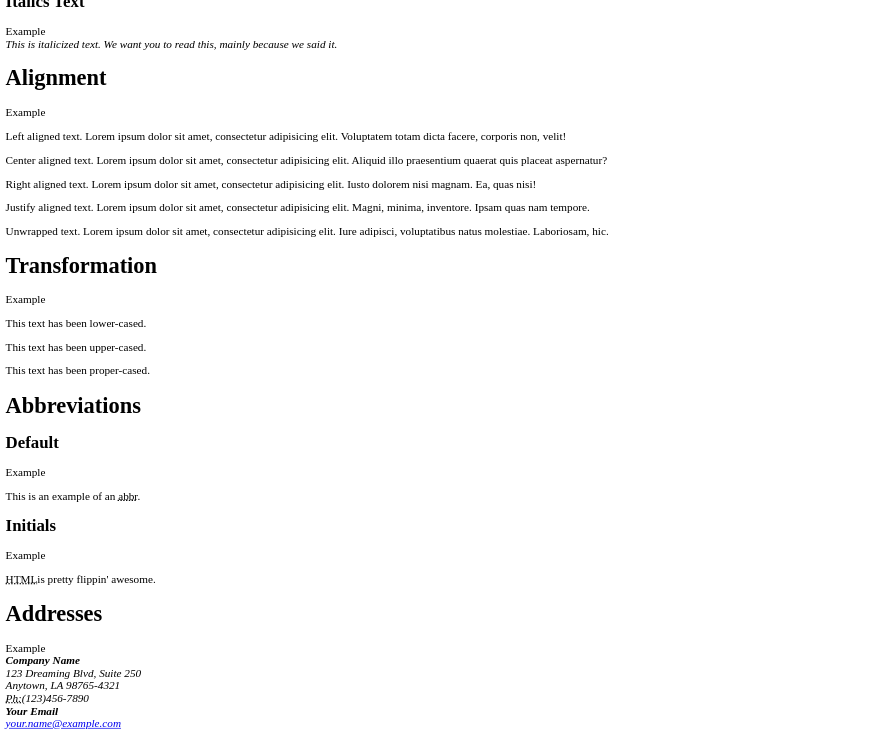
Repository: sympolinc/silk
Page: http://localhost/views/typography.php
The author's editor kept a record of every edit. The page is drawn from the files as they stood at one moment, then again after the next edit.
The browser window is 1280 px wide. The pictures show the part of the page from y = 1247 to 3167 px (the page is 2298 px tall before and 3167 px after), at 70% of full size.
The page is run by PHP 8.4 with error messages shown; the project is at /var/www/html/.

Above is the page before.

After the next edit:
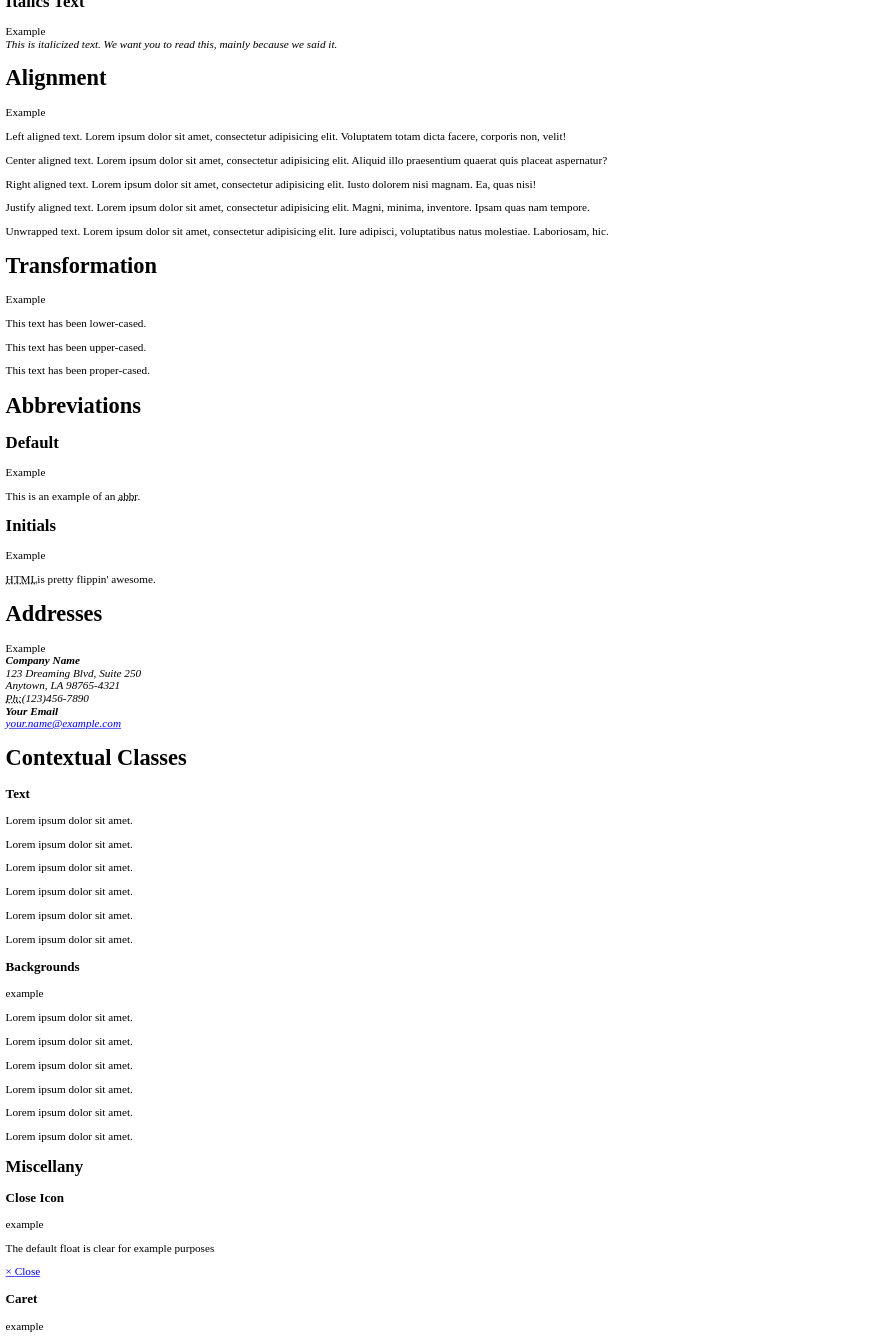
The edit:
--- a/views/typography.php
+++ b/views/typography.php
@@ -162,3 +162,58 @@
         </div>
     </div>
 </div>
+<div class="section">
+    <h1>Contextual Classes</h1>
+    <div class="section">
+      <h3>Text</h3>
+      <div class="silk-example">
+        <div data-example>
+          <p class="text-primary"> Lorem ipsum dolor sit amet.</p>
+          <p class="text-info">Lorem ipsum dolor sit amet.</p>
+          <p class="text-success">Lorem ipsum dolor sit amet.</p>
+          <p class="text-warning">Lorem ipsum dolor sit amet.</p>
+          <p class="text-error">Lorem ipsum dolor sit amet.</p>
+          <p class="text-muted">Lorem ipsum dolor sit amet.</p>
+        </div>
+      </div>
+    </div>
+    <div class="section">
+      <h3>Backgrounds</h3>
+      <div class="silk-example"><span class="lang">example</span>
+        <div data-example>
+          <p class="primary"> Lorem ipsum dolor sit amet.</p>
+          <p class="info">Lorem ipsum dolor sit amet.</p>
+          <p class="success">Lorem ipsum dolor sit amet.</p>
+          <p class="warning">Lorem ipsum dolor sit amet.</p>
+          <p class="error">Lorem ipsum dolor sit amet.</p>
+          <p class="muted">Lorem ipsum dolor sit amet.</p>
+        </div>
+      </div>
+    </div>
+  </div>
+  <div class="section">
+    <h2>Miscellany</h2>
+    <div class="section">
+      <h3>Close Icon</h3>
+      <div class="silk-example"><span class="lang">example</span>
+        <p>The default float is clear for example purposes</p>
+        <div data-example>
+          <p><a href="#" style="float:none;" class="close">&times; <span class="sr">Close</span></a></p>
+        </div>
+      </div>
+    </div>
+    <div class="section">
+      <h3>Caret</h3>
+      <div class="silk-example"><span class="lang">example</span>
+        <div data-example>
+          <div>
+            <p><span class="caret-n"></span></p>
+            <p><span class="caret-e"></span></p>
+            <p><span class="caret-s"></span></p>
+            <p><span class="caret-w"></span></p>
+            <p><span class="caret"></span></p>
+          </div>
+        </div>
+      </div>
+    </div>
+  </div>
